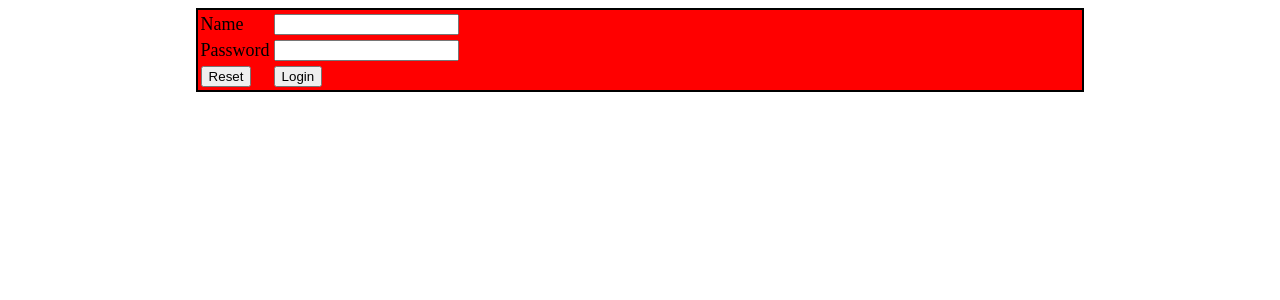
Repository: jks2127/SMS-webApp
Page: sms 1.2/WebContent/index.html
The author's editor kept a copy of each file at every save. The page is drawn from the files as they stood at one save, then again after the next save.
The browser window is 1280 px wide. The pictures show the whole page.

Above is the page before, as saved 2021-06-11 12:21:44.

### sms 1.2/WebContent/index.html
<!DOCTYPE html>
<html>
<head>
	<meta charset="ISO-8859-1">
	<title>Student Management System</title>

	<style>
		.container{
		margin: auto;
		width:70%;
		border:2px solid black;
		font-size:18px;
		background-color: red;
		}
	</style>
</head>

<body id="body">
<div class="container">
	<form action="Login" method="POST">
		<table>
			<tr>
				<td> Name </td>
				<td><input type="text" name="user_name"></td>
			</tr>
			<tr>
				<td>Password</td>
				<td><input type="password" name="user_pswd"></td>
			</tr>
			<tr>
				<td><button type="reset">Reset</button></td>
				<td><button type="submit">Login</button></td>
			</tr>
		</table>

	</form>
</div>
</body>
</html>

After the next save:
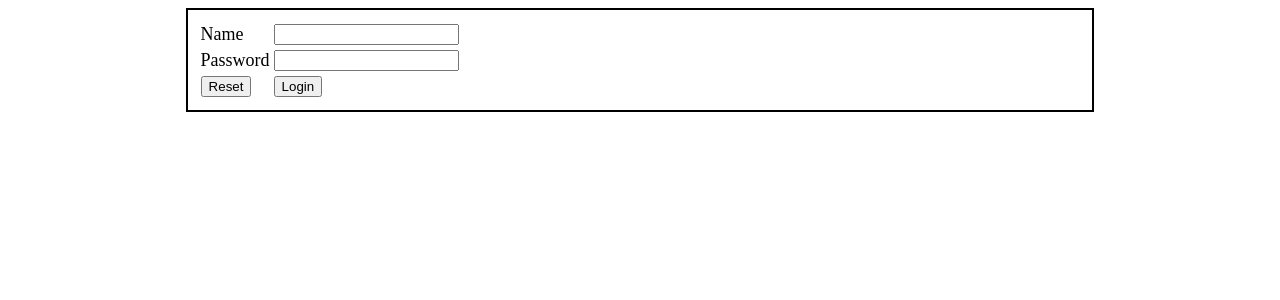
Saved 33 s later.
--- a/sms 1.2/WebContent/index.html
+++ b/sms 1.2/WebContent/index.html
@@ -10,7 +10,7 @@
 		width:70%;
 		border:2px solid black;
 		font-size:18px;
-		background-color: red;
+		padding:10px;
 		}
 	</style>
 </head>
